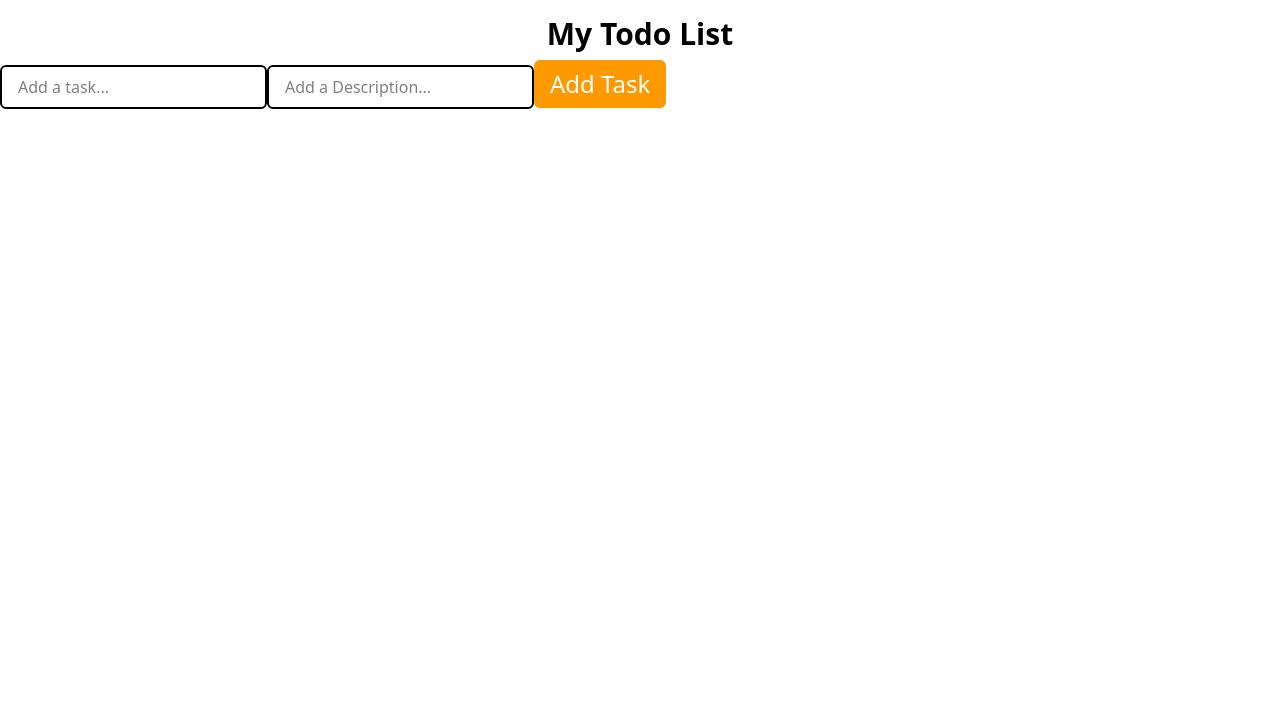
Repository: vgor15/todo-list
Page: /
An editor plug-in stored every save of this project. The page is shown before and after a run of saves, followed by the edit.
The browser window is 1280 px wide. The pictures show the whole page.
The project was rebuilt for these pictures with package versions that can differ from the ones it lists, and the page was loaded fresh each time. The framework's server and built-in components were replaced by stand-ins that run in the browser. Also part of the build but not shown: next.config.js, next.config.mjs.

Above is the page before, as saved 2025-03-05 10:32:26.

After the next 2 saves:
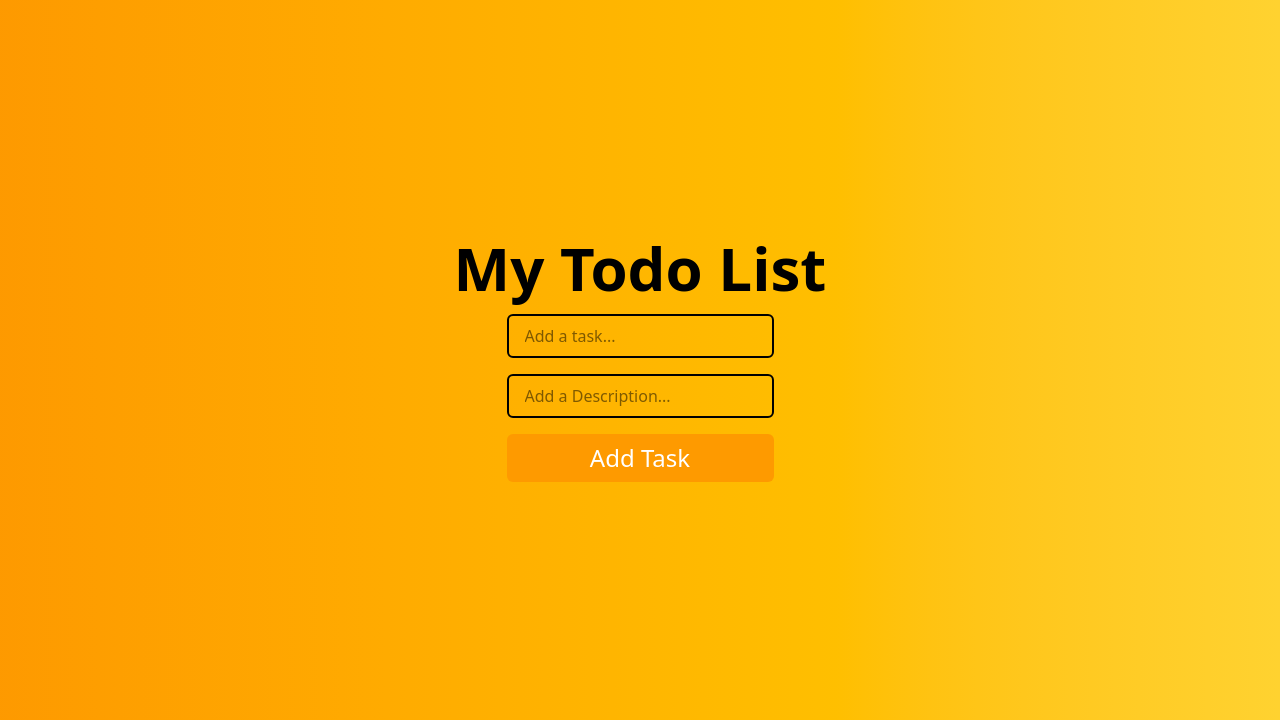
The 2 saves are shown as one change because 1 did not build or start.
The last was saved 16 s later.
--- a/app/page.js
+++ b/app/page.js
@@ -2,15 +2,16 @@ import React from "react";
 
 const page = () => {
   return (
-    <>
-      <h1 className="text-3xl font-bold text-center mt-4 mb-2">My Todo List</h1>
-      <form>
+    <div className="h-screen flex flex-col items-center justify-center bg-gradient-to-r from-amber-500 to-amber-300">
+      <h1 className="text-6xl font-bold text-center mb-4">My Todo List</h1>
+      <form className="flex flex-col gap-4">
         <input
           className="border-2 px-4 py-2 rounded-md outline-none focus:ring-2 focus:ring-amber-500"
           type="text"
           name=""
           id=""
           placeholder="Add a task..."
+          autoComplete="off"
         />
         <input
           className="border-2 px-4 py-2 rounded-md outline-none focus:ring-2 focus:ring-amber-500"
@@ -18,12 +19,13 @@ const page = () => {
           name=""
           id=""
           placeholder="Add a Description..."
+          autoComplete="off"
         />
         <button className="bg-amber-500 px-4 py-2 rounded-md text-2xl text-white">
           Add Task
         </button>
       </form>
-    </>
+    </div>
   );
 };
 
